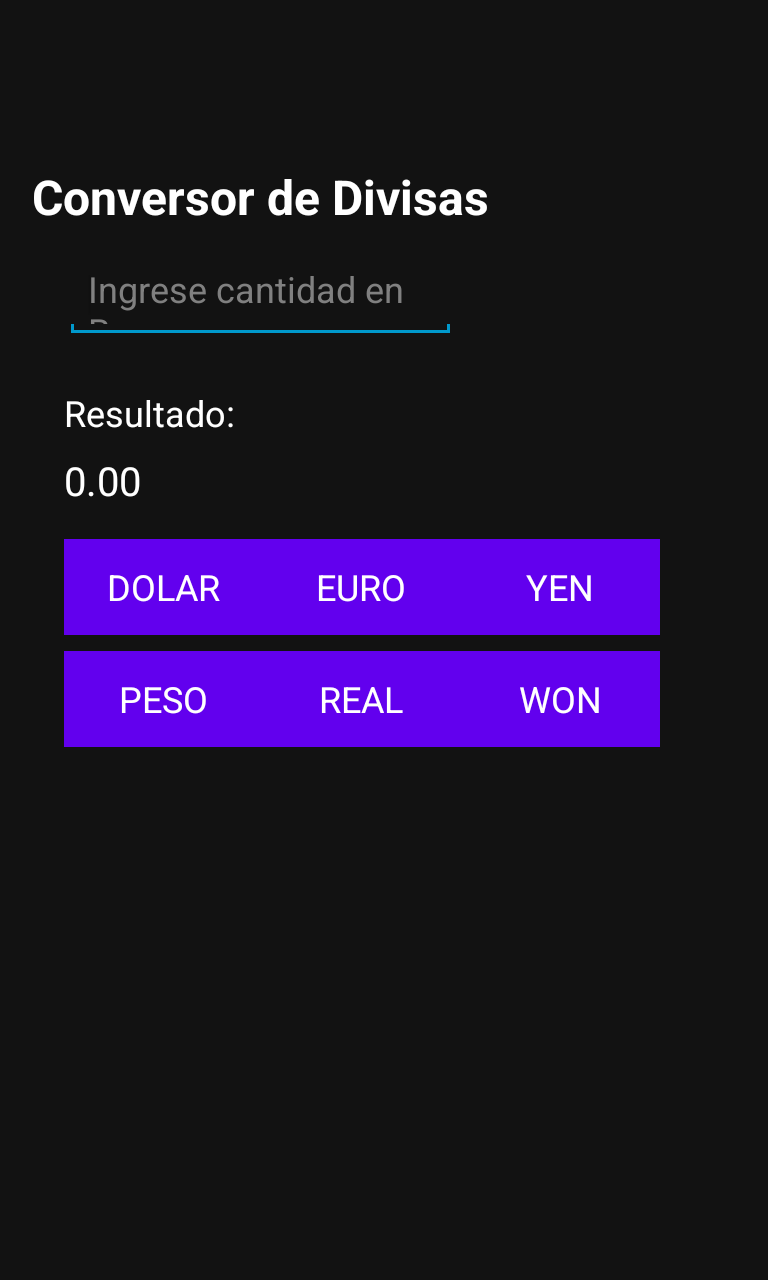
Repository: NeilEyner/AppComunidad
Layout: Cambio/res/layout/activity_main.xml
An editor plug-in stored every save of this project. The layout is shown before and after the next save, followed by the edit.
It is drawn on a 768 x 1280 px phone screen (xhdpi) without system bars, with theme AppTheme; the app's code is not run.

Above is the layout before, as saved 2024-08-20 00:26:31.

### Cambio/res/layout/activity_main.xml
<LinearLayout  xmlns:android="http://schemas.android.com/apk/res/android"
    xmlns:tools="http://schemas.android.com/tools"
    android:layout_width="match_parent"
    android:layout_height="match_parent"
    android:paddingBottom="@dimen/activity_vertical_margin"
    android:paddingLeft="@dimen/activity_horizontal_margin"
    android:paddingRight="@dimen/activity_horizontal_margin"
    android:paddingTop="@dimen/activity_vertical_margin"
    android:background="#121212"
    android:orientation="vertical"
    tools:context=".MainActivity" >

    <ScrollView
        android:id="@+id/scrollView1"
        android:layout_width="330dp"
        android:layout_height="577dp" >

        <LinearLayout
            android:layout_width="match_parent"
            android:layout_height="match_parent"
            android:orientation="vertical" >

            <LinearLayout
                android:layout_width="wrap_content"
                android:layout_height="wrap_content"
                android:layout_marginTop="42dp"
                android:orientation="vertical" >

                <TextView
                    android:id="@+id/titleText"
                    android:layout_width="wrap_content"
                    android:layout_height="wrap_content"
                    android:layout_marginTop="24dp"
                    android:gravity="center"
                    android:text="Conversor de Divisas"
                    android:textColor="#ffffff"
                    android:textSize="24sp"
                    android:textStyle="bold" />

                <EditText
                    android:id="@+id/editText1"
                    android:layout_width="match_parent"
                    android:layout_height="wrap_content"
                    android:layout_marginLeft="16dp"
                    android:layout_marginRight="16dp"
                    android:layout_marginTop="16dp"
                    android:ems="10"
                    android:hint="Ingrese cantidad en Bs"
                    android:textColor="#ffffff" >

                    <requestFocus />
                </EditText>

                <TextView
                    android:id="@+id/textView1"
                    android:layout_width="wrap_content"
                    android:layout_height="wrap_content"
                    android:layout_marginLeft="16dp"
                    android:layout_marginRight="16dp"
                    android:layout_marginTop="24dp"
                    android:text="Resultado:"
                    android:textColor="#ffffff"
                    android:textSize="18sp" />

                <TextView
                    android:id="@+id/resultText"
                    android:layout_width="wrap_content"
                    android:layout_height="wrap_content"
                    android:layout_marginLeft="16dp"
                    android:layout_marginRight="16dp"
                    android:layout_marginTop="8dp"
                    android:text="0.00"
                    android:textColor="#ffffff"
                    android:textSize="20sp" />
            </LinearLayout>

            <LinearLayout
                android:layout_width="match_parent"
                android:layout_height="wrap_content"
                android:layout_marginTop="16dp"
                android:gravity="center_horizontal"
                android:orientation="horizontal"
                android:paddingLeft="16dp"
                android:paddingRight="16dp" >

                <Button
                    android:id="@+id/button1"
                    android:layout_width="0dp"
                    android:layout_height="wrap_content"
                    android:layout_weight="1"
                    android:background="#6200EE"
                    android:minHeight="48dp"
                    android:minWidth="0dp"
                    android:text="DOLAR"
                    android:textColor="#ffffff" />

                <Button
                    android:id="@+id/button2"
                    android:layout_width="0dp"
                    android:layout_height="wrap_content"
                    android:layout_weight="1"
                    android:background="#6200EE"
                    android:minHeight="48dp"
                    android:minWidth="0dp"
                    android:text="EURO"
                    android:textColor="#ffffff" />

                <Button
                    android:id="@+id/button3"
                    android:layout_width="0dp"
                    android:layout_height="wrap_content"
                    android:layout_weight="1"
                    android:background="#6200EE"
                    android:minHeight="48dp"
                    android:minWidth="0dp"
                    android:text="YEN"
                    android:textColor="#ffffff" />
            </LinearLayout>

            <LinearLayout
                android:layout_width="match_parent"
                android:layout_height="wrap_content"
                android:layout_marginTop="8dp"
                android:gravity="center_horizontal"
                android:orientation="horizontal"
                android:paddingLeft="16dp"
                android:paddingRight="16dp" >

                <Button
                    android:id="@+id/button4"
                    android:layout_width="0dp"
                    android:layout_height="wrap_content"
                    android:layout_weight="1"
                    android:background="#6200EE"
                    android:minHeight="48dp"
                    android:minWidth="0dp"
                    android:text="PESO"
                    android:textColor="#ffffff" />

                <Button
                    android:id="@+id/button5"
                    android:layout_width="0dp"
                    android:layout_height="wrap_content"
                    android:layout_weight="1"
                    android:background="#6200EE"
                    android:minHeight="48dp"
                    android:minWidth="0dp"
                    android:text="REAL"
                    android:textColor="#ffffff" />

                <Button
                    android:id="@+id/button6"
                    android:layout_width="0dp"
                    android:layout_height="wrap_content"
                    android:layout_weight="1"
                    android:background="#6200EE"
                    android:minHeight="48dp"
                    android:minWidth="0dp"
                    android:text="WON"
                    android:textColor="#ffffff" />
            </LinearLayout>

        </LinearLayout>
    </ScrollView>

</LinearLayout>

Loaded but not shown: Cambio/res/values/styles.xml (common file); Cambio/res/values-v11/styles.xml (common file); Cambio/res/values-v14/styles.xml (common file); Cambio/res/values/dimens.xml (common file)

After the next save:
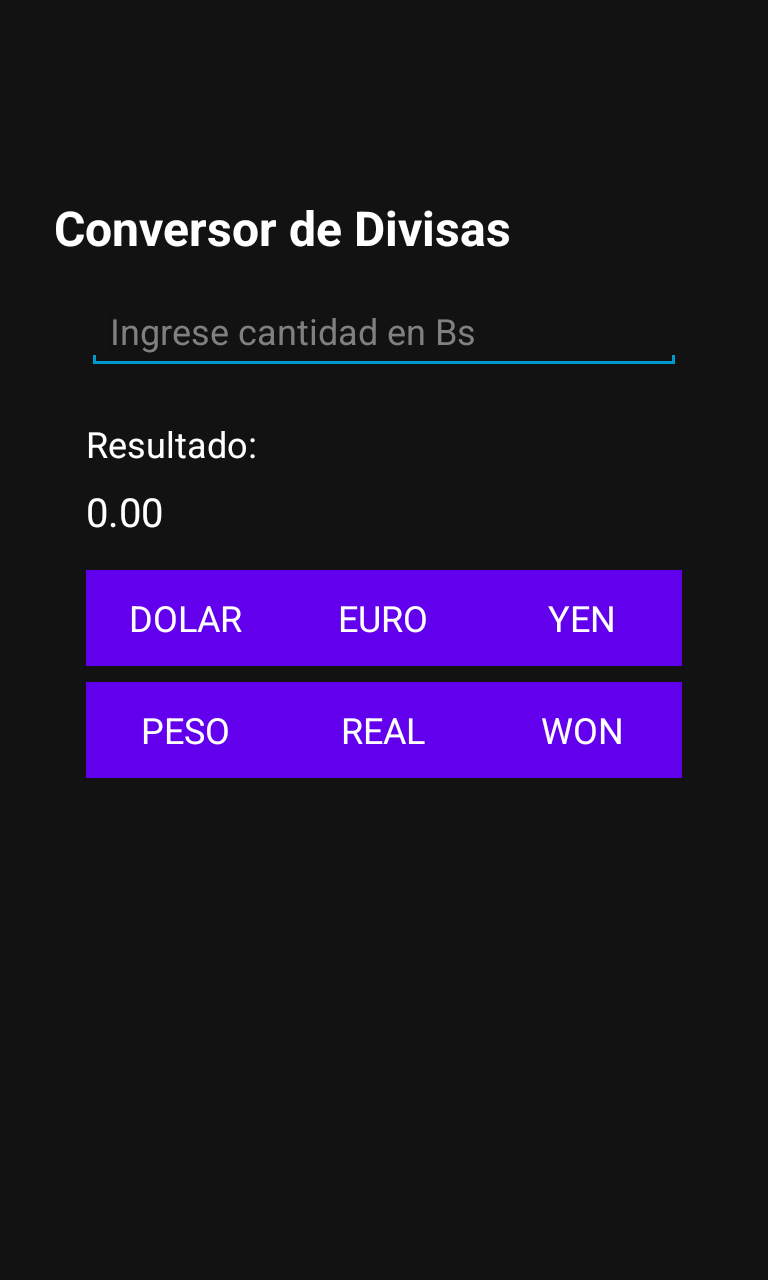
Saved 1 s later.
--- a/Cambio/res/layout/activity_main.xml
+++ b/Cambio/res/layout/activity_main.xml
@@ -1,13 +1,14 @@
-<LinearLayout  xmlns:android="http://schemas.android.com/apk/res/android"
+<LinearLayout xmlns:android="http://schemas.android.com/apk/res/android"
     xmlns:tools="http://schemas.android.com/tools"
     android:layout_width="match_parent"
     android:layout_height="match_parent"
+    android:background="#121212"
+    android:gravity="center"
+    android:orientation="vertical"
     android:paddingBottom="@dimen/activity_vertical_margin"
     android:paddingLeft="@dimen/activity_horizontal_margin"
     android:paddingRight="@dimen/activity_horizontal_margin"
     android:paddingTop="@dimen/activity_vertical_margin"
-    android:background="#121212"
-    android:orientation="vertical"
     tools:context=".MainActivity" >
 
     <ScrollView
@@ -21,7 +22,7 @@
             android:orientation="vertical" >
 
             <LinearLayout
-                android:layout_width="wrap_content"
+                android:layout_width="match_parent"
                 android:layout_height="wrap_content"
                 android:layout_marginTop="42dp"
                 android:orientation="vertical" >
